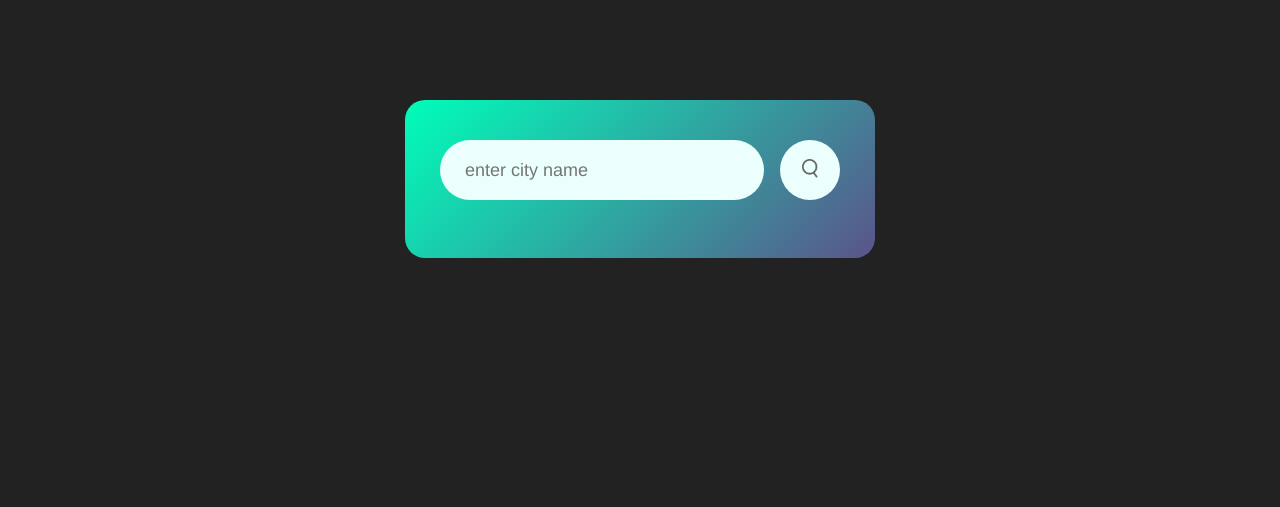
Repository: sodmaq/weatherApp
Page: index.html
An editor plug-in stored every save of this project. The page is shown before and after a run of saves, followed by the edit.
The browser window is 1280 px wide. The pictures show the whole page.

Above is the page before, as saved 2023-06-24 22:14:17.

### index.html
<!DOCTYPE html>
<html lang="en">
  <head>
    <meta charset="UTF-8" />
    <meta name="viewport" content="width=device-width, initial-scale=1.0" />
    <link rel="stylesheet" href="style.css">
    <title>Weather App</title>
  </head>
  <body>
    <div class="card">
      <div class="search">
        <input type="text" placeholder="enter city name" spellcheck="false" />
        <button><img src="images/search.png" alt="search_icon"></button>
      </div>
      <div class=" weather">
        <img src="" alt="">

      </div>
    </div>
  </body>
</html>

### style.css
* {
  margin: 0;
  padding: 0;
  font-family: "Franklin Gothic Medium", "Arial Narrow", Arial, sans-serif;
  box-sizing: border-box;
}
body {
  background-color: #222;
}

.card {
  width: 90%;
  max-width: 470px;
  background: linear-gradient(135deg, #00feba, #5b548a);
  color: #fff;
  margin: 100px auto 0;
  border-radius: 20px;
  padding: 40px 35px;
  text-align: center;
}
.search {
  width: 100%;
  display: flex;
  align-items: center;
  justify-content: space-between;
}

.search input {
  border: 0;
  outline: 0;
  background: #ebfffc;
  color: #555;
  padding: 10px 25px;
  height: 60px;
  border-radius: 30px;
  flex: 1;
  margin-right: 16px;
  font-size: 18px;
}
.search button {
  border: 0;
  outline: 0;
  background: #ebfffc;
  border-radius: 50%;
  width: 60px;
  height: 60px;
  cursor: pointer;
}
.search button img{
    width: 16px;
}

After the next 2 saves:
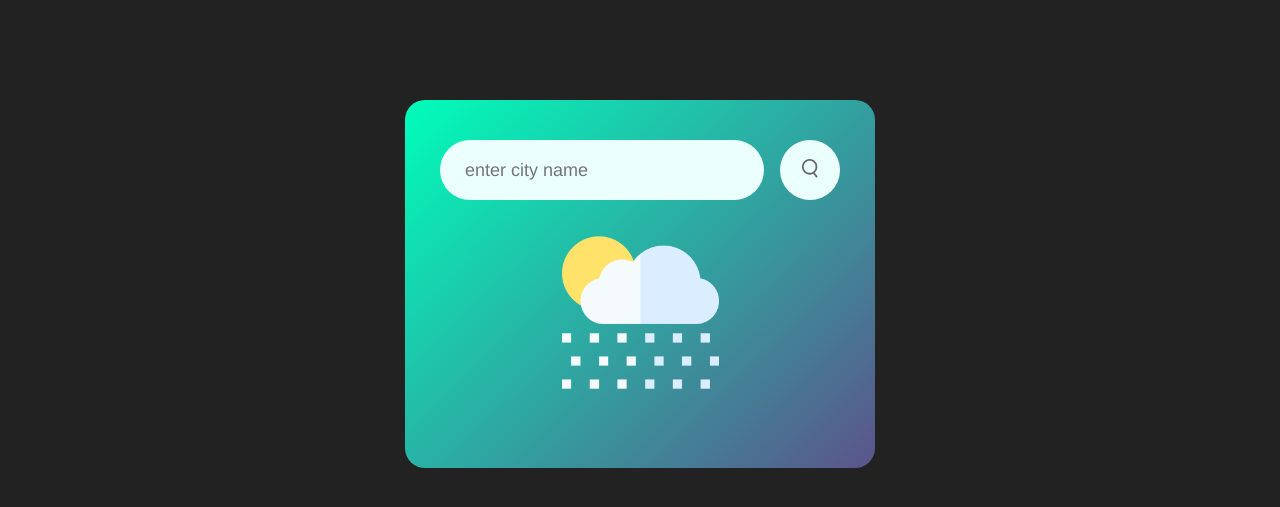
The 2 saves are shown as one change because they came seconds apart.
The last was saved 8 s later.
--- a/index.html
+++ b/index.html
@@ -13,7 +13,7 @@
         <button><img src="images/search.png" alt="search_icon"></button>
       </div>
       <div class=" weather">
-        <img src="" alt="">
+        <img src="images/rain.png" alt="">
 
       </div>
     </div>
